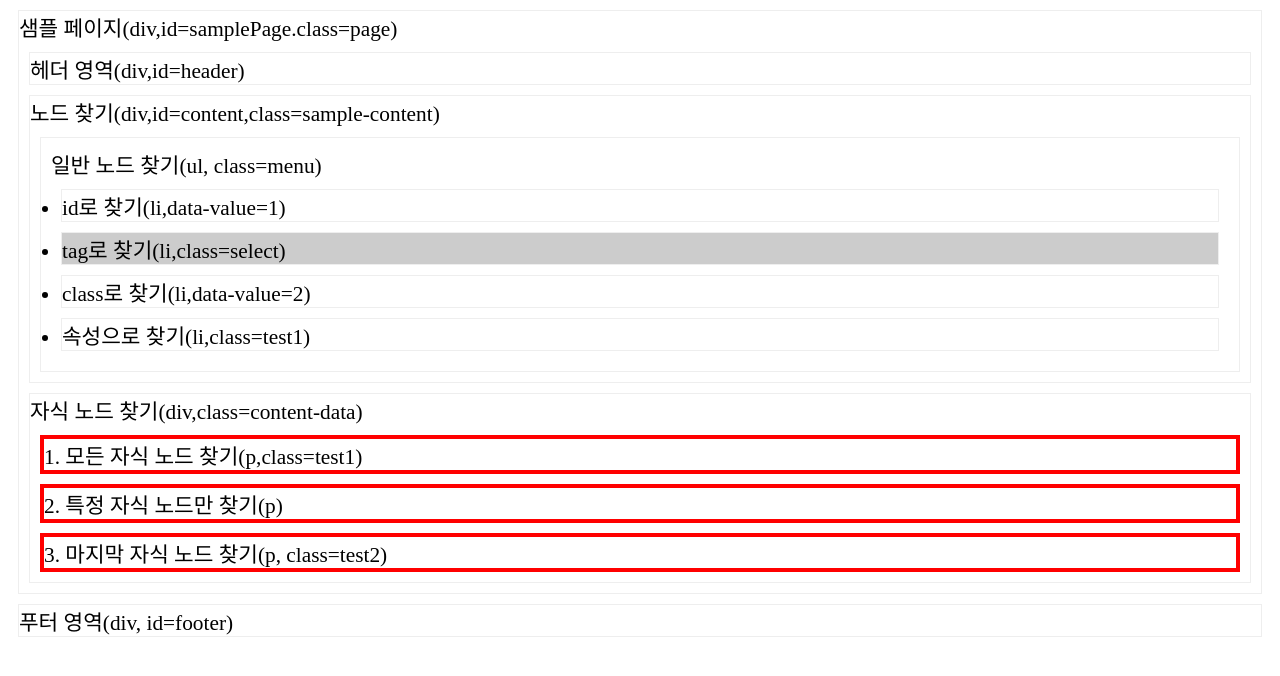
Repository: swc0516s/EZEN-JS
Page: JavaScript Workspace Lecture/JavaScript_jQuery_03/WebContent/Chapter01/1_04.html
An editor plug-in stored every save of this project. The page is shown before and after the next save, followed by the edit.
The browser window is 1280 px wide. The pictures show the whole page.

Above is the page before, as saved 2022-03-17 02:58:04.

### JavaScript Workspace Lecture/JavaScript_jQuery_03/WebContent/Chapter01/1_04.html
<!DOCTYPE html>
<html>
<head>
<meta charset="UTF-8">
<title>Insert title here</title>
<style type="text/css">
body {
	font-size: 16pt;
	font-family: "굴림";
}

div, p, ul, li {
	border: 1px #eeeeee solid;
	margin: 10px;
}

ul {
	padding: 10px;
}

li.select {
	background-color: #ccc;
}
</style>
<script type="text/javascript" src="../libs/jquery-3.6.0.min.js"></script>
<script type="text/javascript">
	// 문서에서 test1 클래스가 적용된 노드를 찾아 border를 4px solid #f00 으로 변경
	/*
	window.onload = function() {
		var header = document.getElementById("header");
		header.style.border = "4px solid #f00";
	}*/
	$(document).ready(function() {
		$("p").css("border", "4px solid #ff0000");
	});
</script>
</head>
<body>
	<div id="sample" class="page">
		샘플 페이지(div,id=samplePage.class=page)
		<div id="header">헤더 영역(div,id=header)</div>
		<div id="content" class="sample-content">
			노드 찾기(div,id=content,class=sample-content)
			<ul class="menu">
				일반 노드 찾기(ul, class=menu)
				<li data-value="1">id로 찾기(li,data-value=1)</li>
				<li class="select">tag로 찾기(li,class=select)</li>
				<li data-value="2">class로 찾기(li,data-value=2)</li>
				<li class="test1">속성으로 찾기(li,class=test1)</li>
			</ul>
		</div>
		<div class="content-data">
			자식 노드 찾기(div,class=content-data)
			<p class="test1">1. 모든 자식 노드 찾기(p,class=test1)</p>
			<p>2. 특정 자식 노드만 찾기(p)</p>
			<p class="test2">3. 마지막 자식 노드 찾기(p, class=test2)</p>
		</div>
	</div>
	<div id="footer">푸터 영역(div, id=footer)</div>
</body>
</html>

Loaded but not shown: JavaScript Workspace Lecture/JavaScript_jQuery_03/WebContent/libs/jquery-3.6.0.min.js (library)

After the next save:
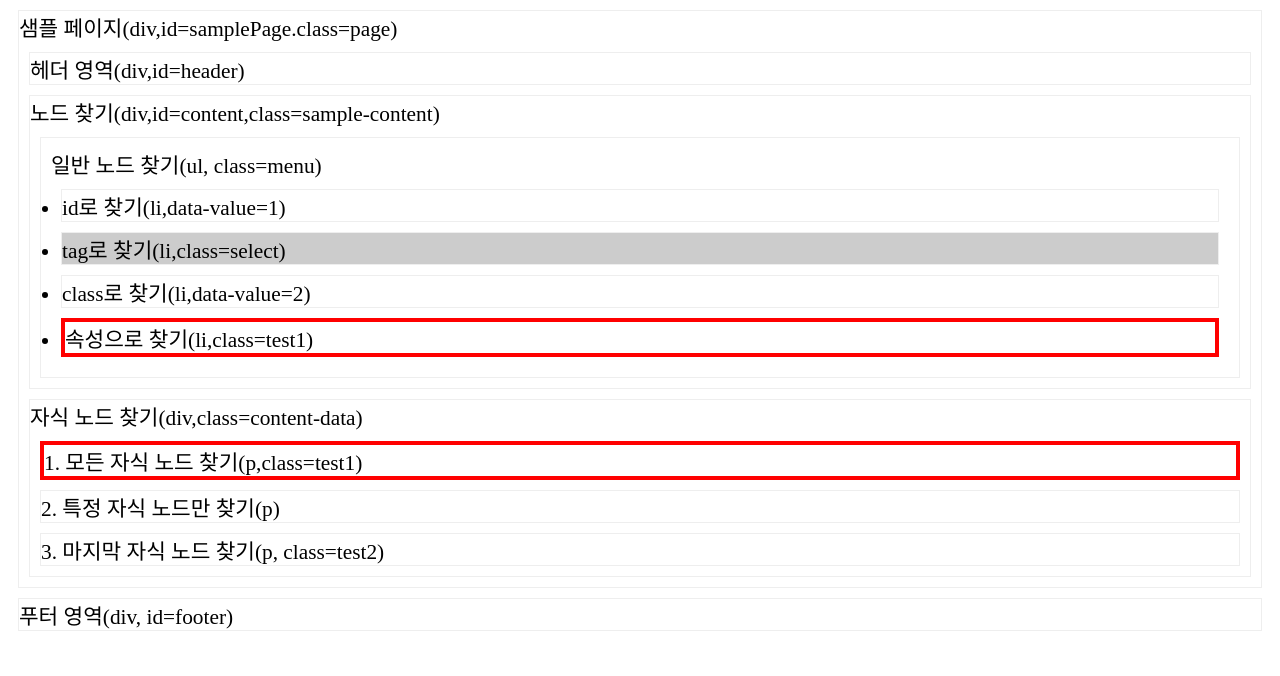
Saved 6 s later.
--- a/JavaScript Workspace Lecture/JavaScript_jQuery_03/WebContent/Chapter01/1_04.html
+++ b/JavaScript Workspace Lecture/JavaScript_jQuery_03/WebContent/Chapter01/1_04.html
@@ -31,7 +31,7 @@ li.select {
 		header.style.border = "4px solid #f00";
 	}*/
 	$(document).ready(function() {
-		$("p").css("border", "4px solid #ff0000");
+		$(".test1").css("border", "4px solid #ff0000");
 	});
 </script>
 </head>
